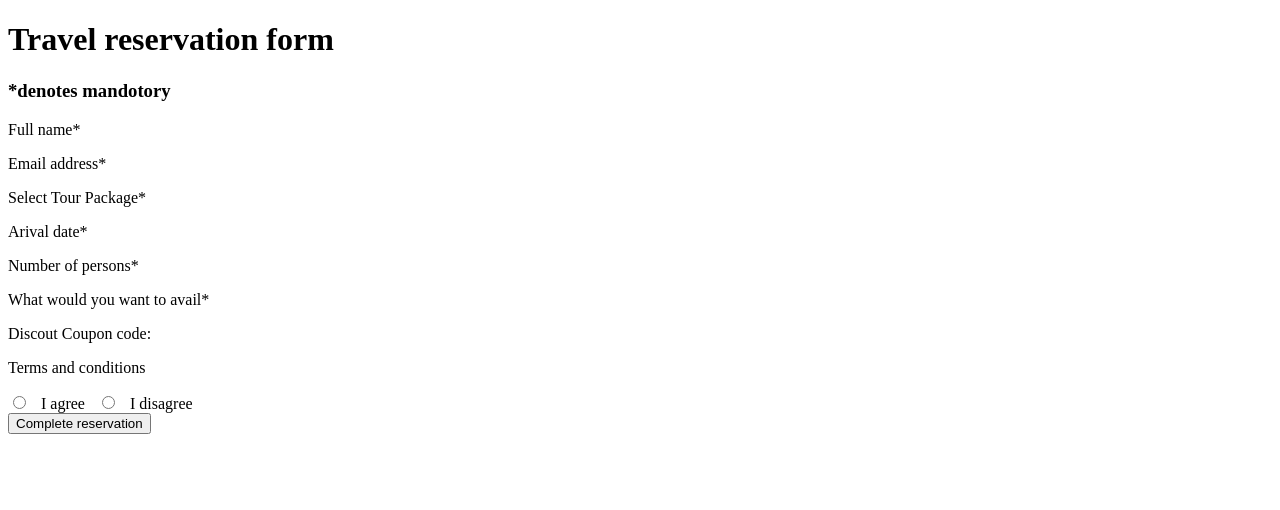
Repository: PhamChiXuan1/HTCNW_tuan3_DHCNTT16C_PhamChiXuan_20030131
Page: bt16.html
The author's editor kept a copy of each file at every save. The page is drawn from the files as they stood at one save, then again after the next save.
The browser window is 1280 px wide. The pictures show the whole page.

Above is the page before, as saved 2022-02-27 23:36:07.

### bt16.html
<!DOCTYPE html>
<html lang="en">
<head>
    <meta charset="UTF-8">
    <meta http-equiv="X-UA-Compatible" content="IE=edge">
    <meta name="viewport" content="width=device-width, initial-scale=1.0">
    <title>Document</title>
</head>
<body>
    <H1>Travel reservation form</H1>
    <H3>*denotes mandotory</H3>
    <P>Full name*</P>
    <P>Email address*</P>
    <P>Select Tour Package*</P>
    <P>Arival date*</P>
    <P>Number of persons*</P>
    <P>What would you want to avail*</P>

    <P>Discout Coupon code:</P>
    <P>Terms and conditions</P>
    <input type="radio" id="" name="" value="">
    <label for="I agree">I agree</label>
    <input type="radio" id="" name="" value="">
    <label for="I disagree">I disagree</label>
    <form>
        <input type="submit" value="Complete reservation">
    </form>
</body>
</html>

After the next save:
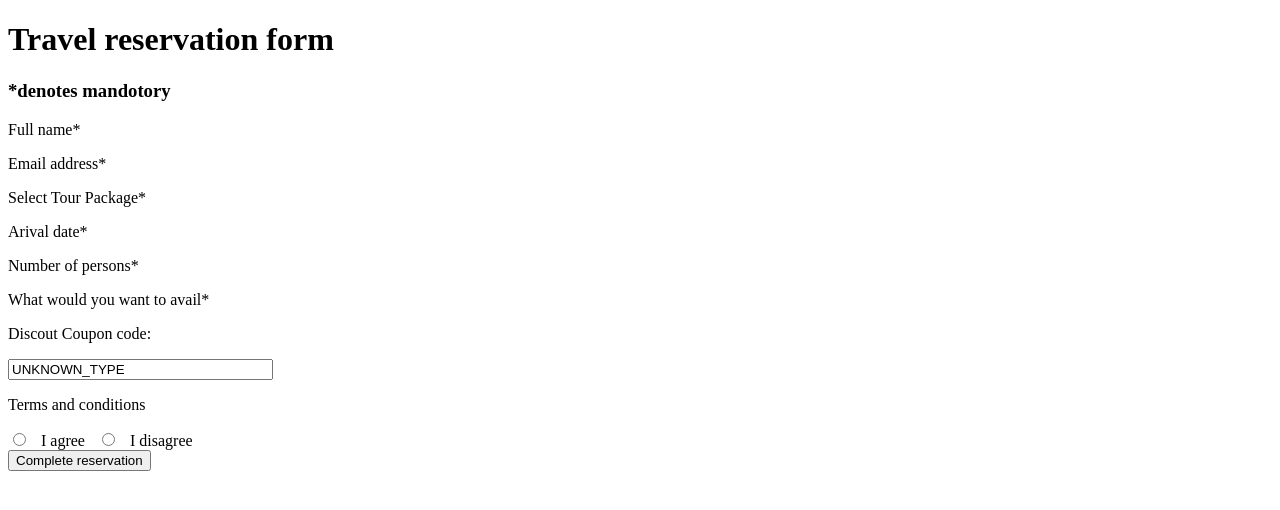
Saved 109 s later.
--- a/bt16.html
+++ b/bt16.html
@@ -17,6 +17,7 @@
     <P>What would you want to avail*</P>
 
     <P>Discout Coupon code:</P>
+    <input type="text" id="" name="" size="30" value="UNKNOWN_TYPE">
     <P>Terms and conditions</P>
     <input type="radio" id="" name="" value="">
     <label for="I agree">I agree</label>
